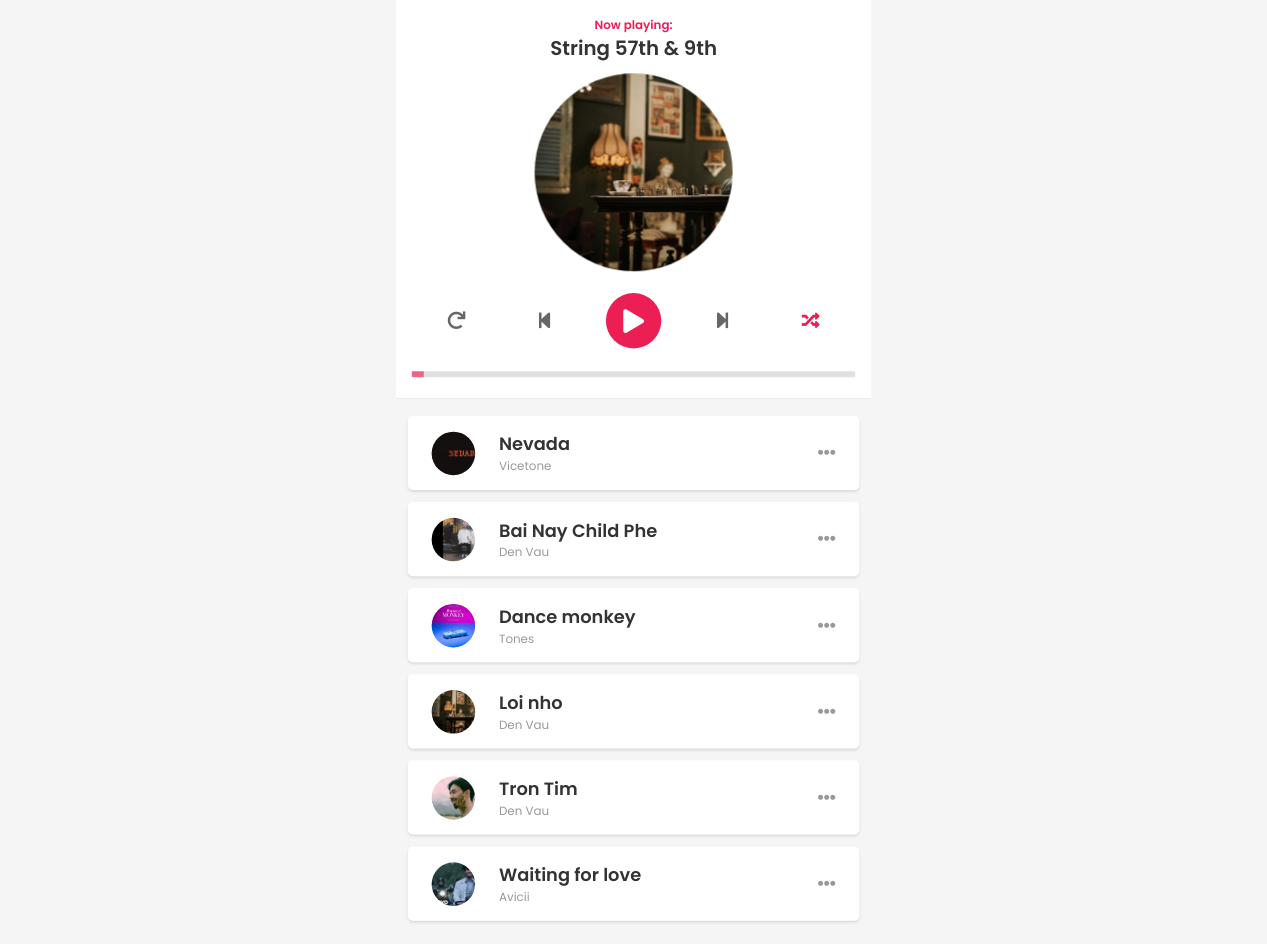
Repository: dovanthao2404/AppMusicPlayer
Page: index.html
An editor plug-in stored every save of this project. The page is shown before and after a run of saves, followed by the edit.
The browser window is 1280 px wide. The pictures show the whole page, at 99% of full size.
After loading, the first visible `div.btn-random` was clicked once.

Above is the page before, as saved 2021-06-28 14:43:20.

After the next 2 saves:
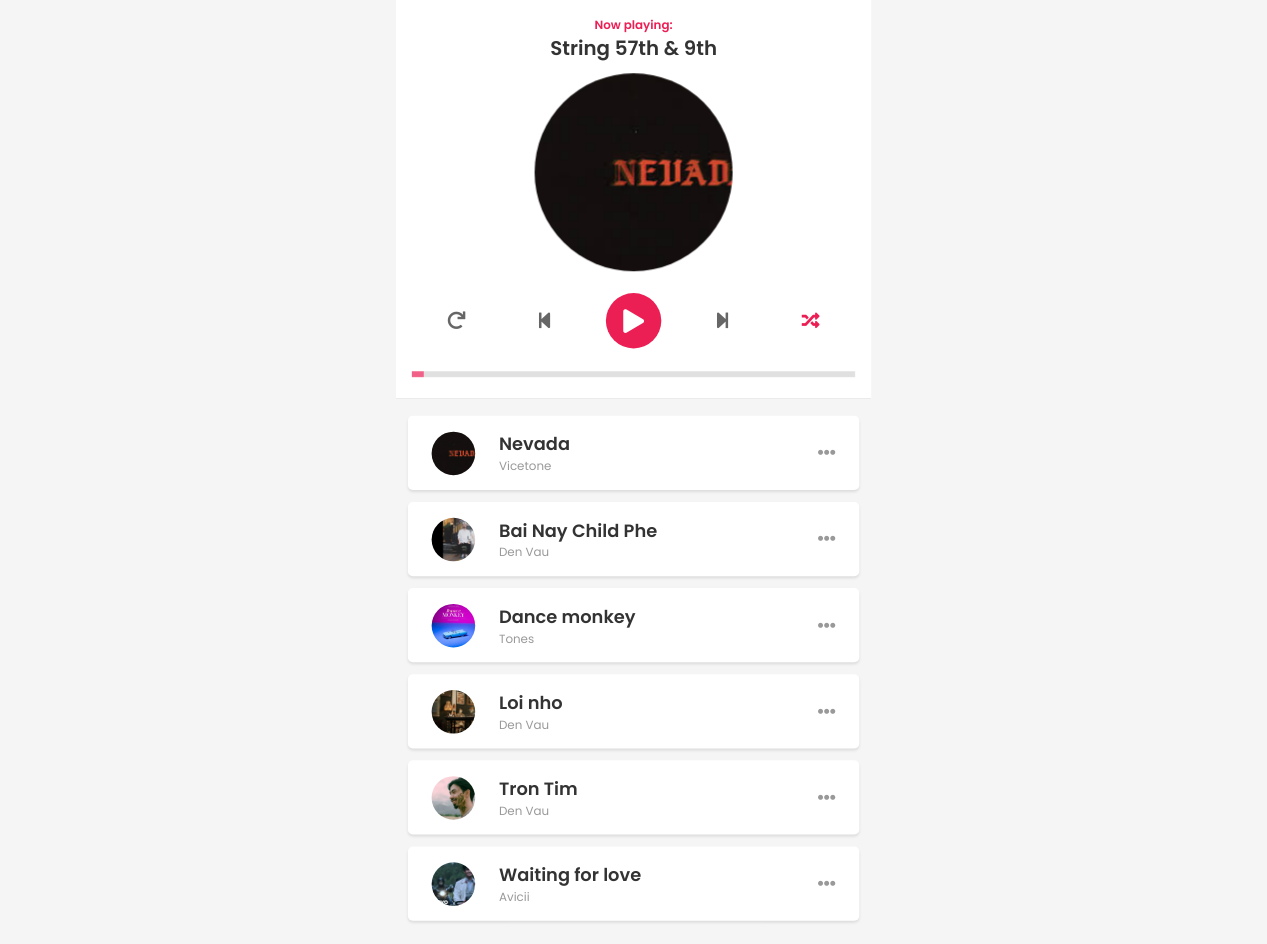
The 2 saves are shown as one change because they came seconds apart.
The last was saved 68 s later.
--- a/js/app.js
+++ b/js/app.js
@@ -179,8 +179,9 @@
     do {
       randonIndex = Math.floor(Math.random() * this.songs.length);
     } while (randonIndex === this.currentIndex);
+
     this.currentIndex = randonIndex;
-    this.loadCurrentSong();
+
   },
   start: function () {
 

After the 2 saves that followed:
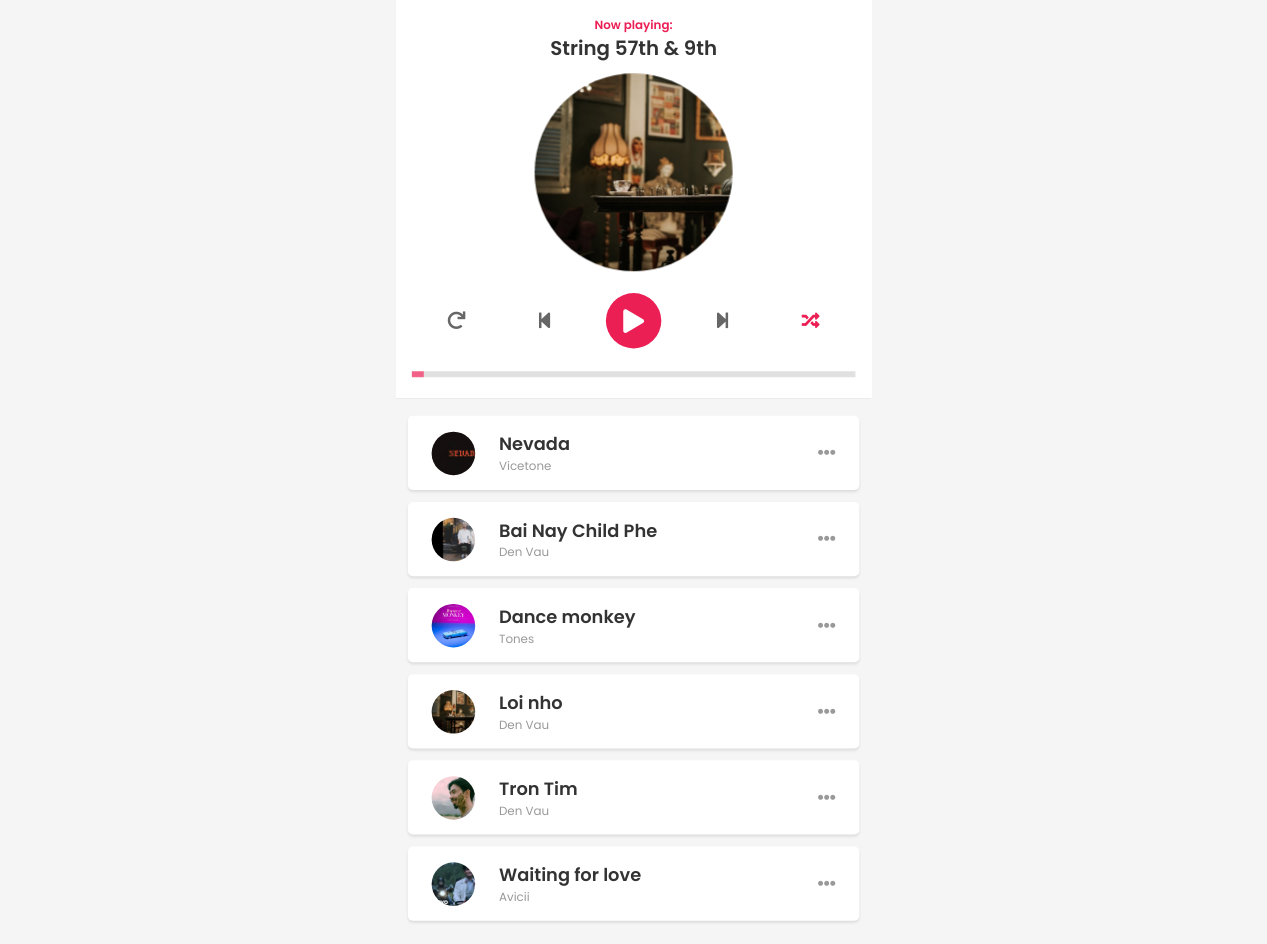
The 2 saves are shown as one change because they came seconds apart.
The last was saved 9 s later.
--- a/js/app.js
+++ b/js/app.js
@@ -181,7 +181,7 @@
     } while (randonIndex === this.currentIndex);
 
     this.currentIndex = randonIndex;
-
+    this.loadCurrentSong();
   },
   start: function () {
 
